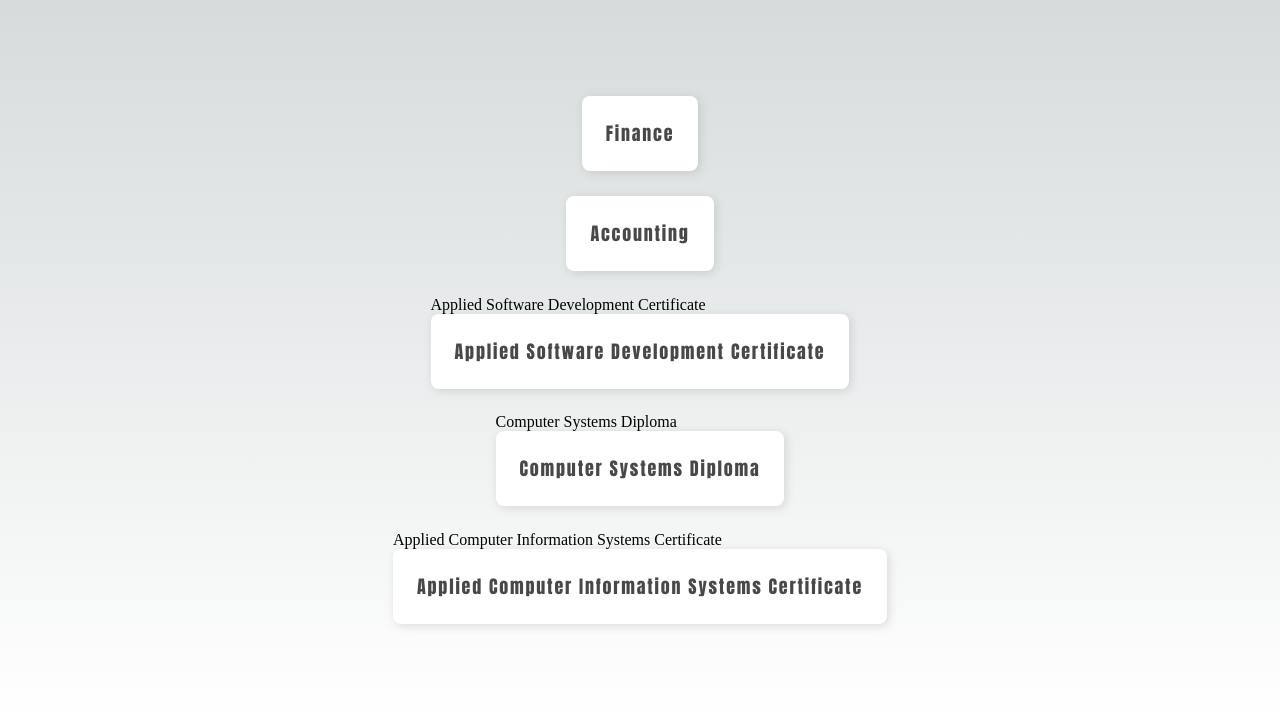
Repository: giovanabirck/class03-vercel-test
Page: /
An editor plug-in stored every save of this project. The page is shown before and after the next save, followed by the edit.
The browser window is 1280 px wide. The pictures show the whole page.
The project was rebuilt for these pictures with package versions that can differ from the ones it lists, and the page was loaded fresh each time. The framework's server and built-in components were replaced by stand-ins that run in the browser. Also part of the build but not shown: next.config.js.

Above is the page before, as saved 2023-01-24 21:25:10.

### pages/index.js
import Head from 'next/head'
import Image from 'next/image'
import { Inter } from '@next/font/google'
import styles from '../styles/Home.module.css'
import data from '../data/education.json'
import { useState } from 'react'
import Card from '../components/Card'
import Link from 'next/link'
import Menu from '../components/Menu'

const inter = Inter({ subsets: ['latin'] })

export default function Home() {

  console.log(data);
  const [information, setInformation] = useState([...data]);


  return (
    <>
      <Head>
        <title>Programs</title>
        <meta name="description" content="Generated by create next app" />
        <meta name="viewport" content="width=device-width, initial-scale=1" />
        <link rel="icon" href="/favicon.ico" />
        <Menu/>
      </Head>
      <main className={styles.main}>

        {
          information && information.map((info, index) => {
            if(info.department === "Business") {
              return(
                <div key={index}>

                  <Card key={index} degree={info.degree} color="red" font="10px"/>
                </div>
              )
            }
          })
        }

        {
          information && information.map((info, index) => {
            if(info.department === "Computing") {
              return(
                <div key={index}>
                  {info.degree}
                  <Card key={index} degree={info.degree} color="blue" font="50px"/>
                </div>
              )
            }
          })
        }
      </main>

    </>
  )
}

### data/education.json
[
    {
        "studentNumber": "A0004567",
        "firstName": "Person 1",
        "gpa": 3.8,
        "department": "Business",
        "degree": "Finance",
        "graduted": 2014
    },
    {
        "studentNumber": "A0001234",
        "firstName": "Person 2",
        "gpa": 3.5,
        "department": "Business",
        "degree": "Accounting",
        "graduted": 2010
    },
    {
        "studentNumber": "A0007890",
        "firstName": "Person 3",
        "gpa": 3.2,
        "department": "Computing",
        "degree": "Applied Software Development Certificate",
        "graduted": 2018
    },
    {
        "studentNumber": "A0007828",
        "firstName": "Person 4",
        "gpa": 3.9,
        "department": "Computing",
        "degree": "Computer Systems Diploma",
        "graduted": 2021
    },
    {
        "studentNumber": "A0003425",
        "firstName": "Person 5",
        "gpa": 3.2,
        "department": "Computing",
        "degree": "Applied Computer Information Systems Certificate",
        "graduted": 2021
    }
]

### components/Card/index.js


export default function Card({
    degree      =   "none",
}) {

    return(
        <div style={{
            backgroundColor: "white",
            padding: "24px",
            fontFamily: "Impact",
            color: "#484848",
            fontSize: "18px",
            letterSpacing: "0.1em",
            display: "flex",
            borderRadius: "8px",
            boxShadow: "2px 2px 10px rgb(100, 100, 100, 0.2)"
        }}>
            {degree}
            <p></p>
        </div>
    )
}

### components/Menu/index.js

export default function Menu() {
    return(
        <>
        <div style={{
            display: "flex",
        }}>
            <div className="lateral-menu" style={{
                backgroundColor: 'white',
                width: "20%",
                innerHeight: "500px",
                padding: "40px 40px 350px 24px",
                fontFamily: "Arial",
                fontWeight: "bold",
                color: "#A8A8A8",
                }}>

                <h1 style={{
                    fontFamily: "Impact",
                    fontSize: "40px",
                    color: "#5F7AF2",
                    padding: "16px 16px 56px 16px",
                }}>Future
                    <br></br>
                    University
                </h1>

                <br></br>

                <a className="a-employees" href="about" style={{padding:"16px"}}>Employees</a>

                <br></br>

                <p className="p-programs" style={{padding:"48px 16px 16px 16px", color: "#5F7AF2"}}>Programs</p>

                <br></br>

                <p style={{padding:"16px"}}>Lorem ipsum</p>

                <br></br>

                <p style={{padding:"16px"}}>Lorem ipsum</p>

                <br></br>

                <p style={{padding:"16px"}}>Lorem ipsum</p>
            </div>
            <div>
                <div className="top-menu" style={{
                    backgroundColor: "white",
                    width: "200%",
                    display: "flex",
                    height: "96px",
                    alignItems: "center",
                    justifyContent: "space-between",
                }}>
                    <input placeholder="search" style={{
                        fontFamily: "Arial",
                        fontSize: "14px",
                        color: "#5F7AF2",
                        padding: "16px",
                        border: "solid 2px #5F7AF2",
                        borderRadius: "8px",
                        width: "400px",
                        margin: "24px"
                    }}>
                    </input>
                    <h2 style={{
                        fontFamily: "Arial",
                        fontWeight: "bold",
                        fontSize: "16px",
                        color: "#5F7AF2",
                        padding: "16px 40px 16px 16px"
                        }}>Profile Name</h2>
                </div>
                <div id="main-div" style={{
                    backgroundColor: "#EAEBF1",
                    width: "200%",
                    height: "89%"
                }}>
                </div>
            </div>
        </div>
        </>
    )
}

Loaded but not shown: pages/_app.js (common file); pages/_document.js (common file); styles/globals.css (common file); styles/Home.module.css (common file)

After the next save:
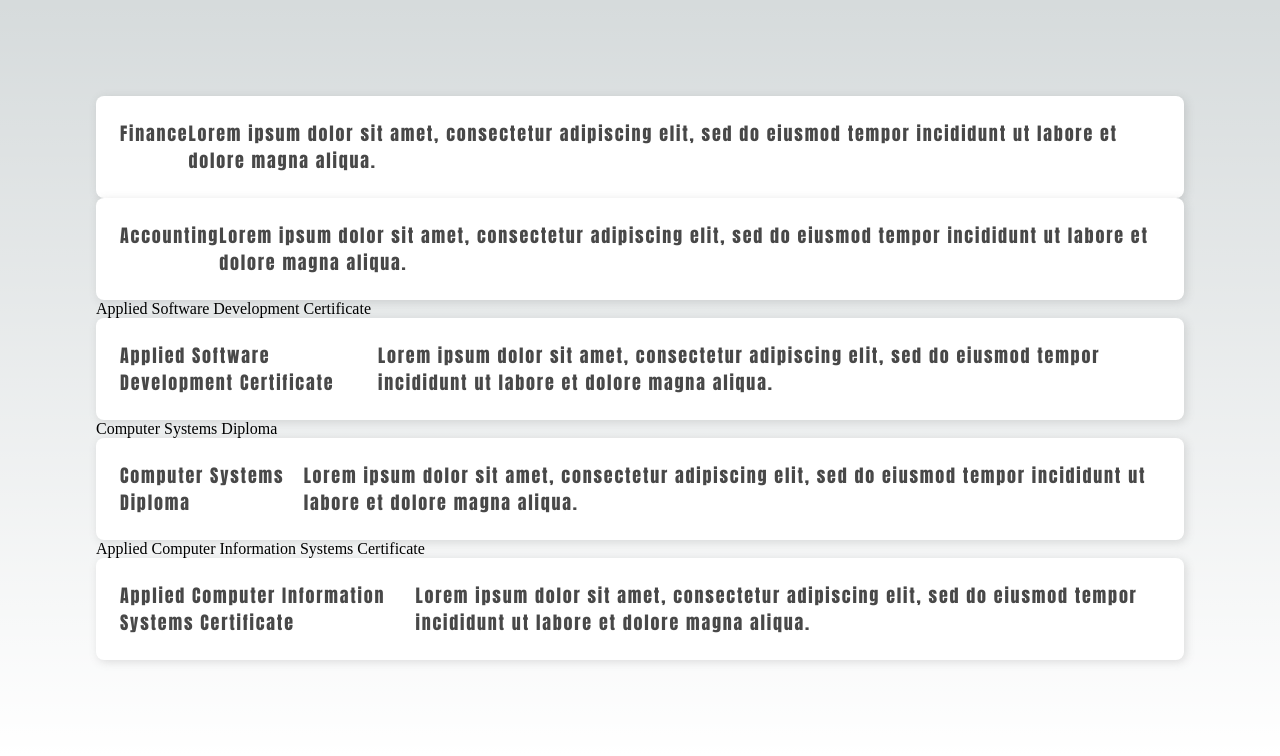
Saved 10 s later.
--- a/components/Card/index.js
+++ b/components/Card/index.js
@@ -17,7 +17,7 @@ export default function Card({
             boxShadow: "2px 2px 10px rgb(100, 100, 100, 0.2)"
         }}>
             {degree}
-            <p></p>
+            <p>Lorem ipsum dolor sit amet, consectetur adipiscing elit, sed do eiusmod tempor incididunt ut labore et dolore magna aliqua.</p>
         </div>
     )
 }
